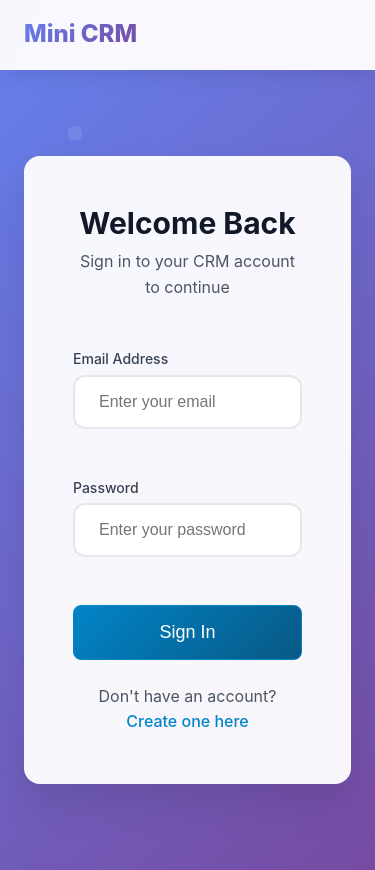
Repository: KarthikMallareddy/Mini-CRM
Page: / (app in frontend/)
The author's editor kept a copy of each file at every save. The page is drawn from the files as they stood at one save, then again after the next save.
The browser window is 375 px wide. The pictures show the whole page.
Backgrounds fixed to the window are drawn as part of the page. The project was rebuilt for these pictures with package versions that can differ from the ones it lists, and the page was loaded fresh each time. Also part of the build but not shown: frontend/src/components/CustomerList.js, frontend/src/components/LeadList.js, frontend/src/components/CustomerDetail.js, frontend/src/components/LeadForm.js, frontend/src/pages/Register.js, frontend/src/pages/Dashboard.js, frontend/src/pages/Reports.js.

Above is the page before, as saved 2025-09-14 15:36:55.

### frontend/public/index.html
<!DOCTYPE html>
<html lang="en">
  <head>
    <meta charset="utf-8" />
    <meta name="viewport" content="width=device-width, initial-scale=1" />
    <meta name="theme-color" content="#000000" />
    <meta
      name="description"
      content="Mini CRM application"
    />
  <link rel="icon" href="data:[embedded picture, 291 characters]" />
    <title>Mini CRM</title>
  </head>
  <body>
    <noscript>You need to enable JavaScript to run this app.</noscript>
    <div id="root"></div>
  </body>
</html>

### frontend/src/styles/global.css
/* Design System Variables */
:root {
  /* Primary Colors */
  --primary-50: #f0f9ff;
  --primary-100: #e0f2fe;
  --primary-200: #bae6fd;
  --primary-300: #7dd3fc;
  --primary-400: #38bdf8;
  --primary-500: #0ea5e9;
  --primary-600: #0284c7;
  --primary-700: #0369a1;
  --primary-800: #075985;
  --primary-900: #0c4a6e;

  /* Enhanced Gradients */
  --gradient-aurora: linear-gradient(135deg, #667eea 0%, #764ba2 50%, #f093fb 100%);
  --gradient-ocean: linear-gradient(135deg, #667eea 0%, #764ba2 100%);
  --gradient-sunset: linear-gradient(135deg, #ff9a9e 0%, #fecfef 50%, #fecfef 100%);
  --gradient-emerald: linear-gradient(135deg, #d299c2 0%, #fef9d7 100%);

  /* Neutral Colors */
  --gray-50: #f9fafb;
  --gray-100: #f3f4f6;
  --gray-200: #e5e7eb;
  --gray-300: #d1d5db;
  --gray-400: #9ca3af;
  --gray-500: #6b7280;
  --gray-600: #4b5563;
  --gray-700: #374151;
  --gray-800: #1f2937;
  --gray-900: #111827;

  /* Status Colors */
  --success-500: #10b981;
  --warning-500: #f59e0b;
  --error-500: #ef4444;
  --info-500: #3b82f6;

  /* Gradients */
  --gradient-primary: linear-gradient(135deg, var(--primary-600) 0%, var(--primary-800) 100%);
  --gradient-secondary: linear-gradient(135deg, #667eea 0%, #764ba2 100%);
  --gradient-success: linear-gradient(135deg, #84fab0 0%, #8fd3f4 100%);

  /* Shadows */
  --shadow-sm: 0 1px 2px 0 rgba(0, 0, 0, 0.05);
  --shadow-md: 0 4px 6px -1px rgba(0, 0, 0, 0.1), 0 2px 4px -1px rgba(0, 0, 0, 0.06);
  --shadow-lg: 0 10px 15px -3px rgba(0, 0, 0, 0.1), 0 4px 6px -2px rgba(0, 0, 0, 0.05);
  --shadow-xl: 0 20px 25px -5px rgba(0, 0, 0, 0.1), 0 10px 10px -5px rgba(0, 0, 0, 0.04);

  /* Borders */
  --border-radius-sm: 0.375rem;
  --border-radius-md: 0.5rem;
  --border-radius-lg: 0.75rem;
  --border-radius-xl: 1rem;

  /* Spacing */
  --spacing-xs: 0.25rem;
  --spacing-sm: 0.5rem;
  --spacing-md: 1rem;
  --spacing-lg: 1.5rem;
  --spacing-xl: 2rem;
  --spacing-2xl: 3rem;

  /* Typography */
  --font-size-xs: 0.75rem;
  --font-size-sm: 0.875rem;
  --font-size-md: 1rem;
  --font-size-lg: 1.125rem;
  --font-size-xl: 1.25rem;
  --font-size-2xl: 1.5rem;
  --font-size-3xl: 1.875rem;
  --font-size-4xl: 2.25rem;
}

/* Reset and Base Styles */
* {
  margin: 0;
  padding: 0;
  box-sizing: border-box;
}

@import url('https://fonts.googleapis.com/css2?family=Inter:wght@300;400;500;600;700;800&display=swap');

body {
  font-family: 'Inter', -apple-system, BlinkMacSystemFont, 'Segoe UI', 'Roboto', 'Oxygen',
    'Ubuntu', 'Cantarell', 'Fira Sans', 'Droid Sans', 'Helvetica Neue', sans-serif;
  -webkit-font-smoothing: antialiased;
  -moz-osx-font-smoothing: grayscale;
  background: linear-gradient(135deg, #667eea 0%, #764ba2 100%);
  background-attachment: fixed;
  color: var(--gray-900);
  line-height: 1.6;
  min-height: 100vh;
  position: relative;
}

body::before {
  content: '';
  position: fixed;
  top: 0;
  left: 0;
  width: 100%;
  height: 100%;
  background:
    radial-gradient(circle at 20% 50%, rgba(120, 119, 198, 0.3) 0%, transparent 50%),
    radial-gradient(circle at 80% 20%, rgba(255, 119, 198, 0.3) 0%, transparent 50%),
    radial-gradient(circle at 40% 80%, rgba(120, 200, 255, 0.3) 0%, transparent 50%);
  pointer-events: none;
  z-index: -1;
}

/* Typography */
h1, h2, h3, h4, h5, h6 {
  font-weight: 700;
  line-height: 1.2;
  margin-bottom: var(--spacing-md);
}

h1 { font-size: var(--font-size-4xl); }
h2 { font-size: var(--font-size-3xl); }
h3 { font-size: var(--font-size-2xl); }
h4 { font-size: var(--font-size-xl); }
h5 { font-size: var(--font-size-lg); }
h6 { font-size: var(--font-size-md); }

p {
  margin-bottom: var(--spacing-md);
  color: var(--gray-600);
}

/* Button System */
.btn {
  display: inline-flex;
  align-items: center;
  justify-content: center;
  padding: var(--spacing-sm) var(--spacing-lg);
  border: none;
  border-radius: var(--border-radius-md);
  font-size: var(--font-size-sm);
  font-weight: 500;
  text-decoration: none;
  cursor: pointer;
  transition: all 0.2s ease;
  outline: none;
  min-height: 44px;
}

.btn:focus {
  box-shadow: 0 0 0 3px rgba(59, 130, 246, 0.1);
}

.btn-primary {
  background: var(--gradient-primary);
  color: white;
  border: 1px solid var(--primary-600);
  position: relative;
  overflow: hidden;
}

.btn-primary::before {
  content: '';
  position: absolute;
  top: 0;
  left: -100%;
  width: 100%;
  height: 100%;
  background: linear-gradient(90deg, transparent, rgba(255, 255, 255, 0.3), transparent);
  transition: left 0.6s;
}

.btn-primary:hover::before {
  left: 100%;
}

.btn-primary:hover {
  transform: translateY(-2px);
  box-shadow: 0 10px 25px rgba(14, 165, 233, 0.4);
}

.btn-secondary {
  background: white;
  color: var(--gray-700);
  border: 1px solid var(--gray-300);
}

.btn-secondary:hover {
  background: var(--gray-50);
  border-color: var(--gray-400);
}

.btn-success {
  background: var(--success-500);
  color: white;
  border: 1px solid var(--success-500);
}

.btn-success:hover {
  background: #059669;
  transform: translateY(-1px);
}

.btn-danger {
  background: var(--error-500);
  color: white;
  border: 1px solid var(--error-500);
}

.btn-danger:hover {
  background: #dc2626;
  transform: translateY(-1px);
}

.btn-sm {
  padding: var(--spacing-xs) var(--spacing-sm);
  font-size: var(--font-size-xs);
  min-height: 32px;
}

.btn-lg {
  padding: var(--spacing-md) var(--spacing-xl);
  font-size: var(--font-size-lg);
  min-height: 52px;
}

/* Form System */
.form-group {
  margin-bottom: var(--spacing-lg);
}

.form-label {
  display: block;
  font-size: var(--font-size-sm);
  font-weight: 500;
  color: var(--gray-700);
  margin-bottom: var(--spacing-xs);
}

.form-input, .form-select, .form-textarea {
  width: 100%;
  padding: var(--spacing-md) var(--spacing-lg);
  border: 2px solid var(--gray-200);
  border-radius: var(--border-radius-lg);
  font-size: var(--font-size-md);
  background: rgba(255, 255, 255, 0.9);
  backdrop-filter: blur(10px);
  transition: all 0.3s ease;
  color: var(--gray-900);
  outline: none;
  min-height: 48px;
}

.form-input:focus, .form-select:focus, .form-textarea:focus {
  border-color: var(--primary-500);
  box-shadow: 0 0 0 4px rgba(59, 130, 246, 0.15);
  background: rgba(255, 255, 255, 0.95);
  transform: translateY(-1px);
}

.form-textarea {
  resize: vertical;
  min-height: 100px;
}

/* Card System */
.card {
  background: rgba(255, 255, 255, 0.9);
  backdrop-filter: blur(20px);
  border: 1px solid rgba(255, 255, 255, 0.2);
  border-radius: var(--border-radius-xl);
  box-shadow: 0 10px 30px rgba(0, 0, 0, 0.1);
  overflow: hidden;
  transition: all 0.3s ease;
}

.card:hover {
  box-shadow: 0 20px 40px rgba(0, 0, 0, 0.15);
  transform: translateY(-2px);
}

.card-header {
  padding: var(--spacing-xl);
  border-bottom: 1px solid rgba(255, 255, 255, 0.2);
  background: rgba(248, 250, 252, 0.5);
}

.card-body {
  padding: var(--spacing-xl);
}

.card-footer {
  padding: var(--spacing-xl);
  border-top: 1px solid rgba(255, 255, 255, 0.2);
  background: rgba(248, 250, 252, 0.5);
}

/* Grid System */
.grid {
  display: grid;
  gap: var(--spacing-lg);
}

.grid-cols-1 { grid-template-columns: repeat(1, 1fr); }
.grid-cols-2 { grid-template-columns: repeat(2, 1fr); }
.grid-cols-3 { grid-template-columns: repeat(3, 1fr); }
.grid-cols-4 { grid-template-columns: repeat(4, 1fr); }

/* Flexbox Utilities */
.flex { display: flex; }
.flex-col { flex-direction: column; }
.items-center { align-items: center; }
.justify-center { justify-content: center; }
.justify-between { justify-content: space-between; }
.gap-sm { gap: var(--spacing-sm); }
.gap-md { gap: var(--spacing-md); }
.gap-lg { gap: var(--spacing-lg); }

/* Advanced Table System */
.table-modern {
  width: 100%;
  border-collapse: separate;
  border-spacing: 0;
  background: rgba(255, 255, 255, 0.95);
  border-radius: var(--border-radius-lg);
  overflow: hidden;
  box-shadow: 0 10px 30px rgba(0, 0, 0, 0.1);
  backdrop-filter: blur(10px);
}

.table-modern thead th {
  background: linear-gradient(135deg, var(--primary-600), var(--primary-700));
  color: white;
  padding: var(--spacing-md) var(--spacing-lg);
  text-align: left;
  font-weight: 600;
  font-size: var(--font-size-sm);
  text-transform: uppercase;
  letter-spacing: 0.05em;
  position: relative;
}

.table-modern thead th::after {
  content: '';
  position: absolute;
  bottom: 0;
  left: 0;
  right: 0;
  height: 2px;
  background: var(--gradient-aurora);
}

.table-modern tbody tr {
  transition: all 0.3s ease;
  border-bottom: 1px solid rgba(0, 0, 0, 0.05);
}

.table-modern tbody tr:hover {
  background: rgba(102, 126, 234, 0.05);
  transform: scale(1.01);
}

.table-modern tbody td {
  padding: var(--spacing-md) var(--spacing-lg);
  vertical-align: middle;
  position: relative;
}

.table-modern tbody tr:last-child td {
  border-bottom: none;
}

.table-modern .text-right {
  text-align: right;
  font-weight: 500;
  font-family: 'SF Mono', Monaco, monospace;
}

/* Enhanced Badge System */
.badge {
  display: inline-flex;
  align-items: center;
  padding: var(--spacing-xs) var(--spacing-sm);
  border-radius: var(--border-radius-full);
  font-size: var(--font-size-xs);
  font-weight: 600;
  text-transform: uppercase;
  letter-spacing: 0.05em;
  position: relative;
  overflow: hidden;
  box-shadow: 0 4px 12px rgba(0, 0, 0, 0.15);
}

.badge::before {
  content: '';
  position: absolute;
  top: 0;
  left: 0;
  right: 0;
  bottom: 0;
  background: linear-gradient(45deg, transparent 30%, rgba(255, 255, 255, 0.3) 50%, transparent 70%);
  transform: translateX(-100%);
  transition: transform 0.6s ease;
}

.badge:hover::before {
  transform: translateX(100%);
}

.badge-new { background: var(--info-500); color: white; }
.badge-contacted { background: var(--warning-500); color: white; }
.badge-converted { background: var(--success-500); color: white; }
.badge-lost { background: var(--error-500); color: white; }

/* Loading States */
.loading {
  display: flex;
  align-items: center;
  justify-content: center;
  padding: var(--spacing-2xl);
  color: var(--gray-500);
}

.spinner {
  width: 20px;
  height: 20px;
  border: 3px solid rgba(255, 255, 255, 0.3);
  border-top: 3px solid currentColor;
  border-radius: 50%;
  animation: spin 1s linear infinite;
  margin-right: var(--spacing-sm);
}

.loading {
  display: flex;
  flex-direction: column;
  align-items: center;
  justify-content: center;
  padding: var(--spacing-2xl);
  color: var(--gray-600);
  gap: var(--spacing-md);
}

.loading .spinner {
  width: 40px;
  height: 40px;
  border-width: 4px;
  margin: 0;
  color: var(--primary-500);
}

@keyframes spin {
  0% { transform: rotate(0deg); }
  100% { transform: rotate(360deg); }
}

/* Animations */
@keyframes fadeIn {
  from { opacity: 0; transform: translateY(20px); }
  to { opacity: 1; transform: translateY(0); }
}

@keyframes slideIn {
  from { transform: translateX(-100%); }
  to { transform: translateX(0); }
}

@keyframes pulse {
  0%, 100% { transform: scale(1); }
  50% { transform: scale(1.05); }
}

@keyframes glow {
  0%, 100% { box-shadow: 0 0 20px rgba(102, 126, 234, 0.3); }
  50% { box-shadow: 0 0 30px rgba(102, 126, 234, 0.6); }
}

@keyframes slideInLeft {
  from { opacity: 0; transform: translateX(-30px); }
  to { opacity: 1; transform: translateX(0); }
}

@keyframes slideInRight {
  from { opacity: 0; transform: translateX(30px); }
  to { opacity: 1; transform: translateX(0); }
}

@keyframes scaleIn {
  from { opacity: 0; transform: scale(0.9); }
  to { opacity: 1; transform: scale(1); }
}

@keyframes shimmer {
  0% { background-position: -200% 0; }
  100% { background-position: 200% 0; }
}

@keyframes bounce {
  0%, 20%, 50%, 80%, 100% { transform: translateY(0); }
  40% { transform: translateY(-10px); }
  60% { transform: translateY(-5px); }
}

@keyframes float {
  0%, 100% { transform: translateY(0px); }
  50% { transform: translateY(-10px); }
}

/* Animation Classes */
.fade-in {
  animation: fadeIn 0.6s ease-out;
}

.slide-in {
  animation: slideIn 0.4s ease-out;
}

.slide-in-left {
  animation: slideInLeft 0.5s ease-out;
}

.slide-in-right {
  animation: slideInRight 0.5s ease-out;
}

.scale-in {
  animation: scaleIn 0.4s ease-out;
}

.pulse {
  animation: pulse 2s ease-in-out infinite;
}

.bounce-in {
  animation: bounce 0.6s ease-out;
}

.float {
  animation: float 3s ease-in-out infinite;
}

.glow-effect {
  animation: glow 2s infinite;
}

.shimmer {
  background: linear-gradient(90deg, #f0f0f0 25%, #e0e0e0 50%, #f0f0f0 75%);
  background-size: 200% 100%;
  animation: shimmer 1.5s infinite;
}

/* Advanced Interaction Effects */
.interactive {
  cursor: pointer;
  transition: all 0.3s cubic-bezier(0.4, 0, 0.2, 1);
}

.interactive:hover {
  transform: translateY(-2px);
  box-shadow: 0 10px 25px rgba(0, 0, 0, 0.15);
}

.interactive:active {
  transform: scale(0.98);
}

/* Micro-interactions */
.hover-lift:hover {
  transform: translateY(-3px);
  box-shadow: 0 15px 35px rgba(0, 0, 0, 0.15);
}

.hover-scale:hover {
  transform: scale(1.05);
}

.hover-rotate:hover {
  transform: rotate(5deg);
}

.hover-brightness:hover {
  filter: brightness(1.1);
}

/* Page transitions */
.page-content {
  animation: fadeIn 0.5s ease-out;
}

.stagger-children > * {
  animation: slideInLeft 0.6s ease-out;
}

.stagger-children > *:nth-child(2) {
  animation-delay: 0.1s;
}

.stagger-children > *:nth-child(3) {
  animation-delay: 0.2s;
}

.stagger-children > *:nth-child(4) {
  animation-delay: 0.3s;
}

.stagger-children > *:nth-child(5) {
  animation-delay: 0.4s;
}

/* Smooth scrolling */
html {
  scroll-behavior: smooth;
}

/* Container */
.container {
  max-width: 1200px;
  margin: 0 auto;
  padding: 0 var(--spacing-lg);
}

/* Error and Success Messages */
.alert {
  padding: var(--spacing-md);
  border-radius: var(--border-radius-md);
  margin-bottom: var(--spacing-lg);
  border: 1px solid;
}

.alert-success {
  background: #f0fdf4;
  border-color: var(--success-500);
  color: #166534;
}

.alert-error {
  background: #fef2f2;
  border-color: var(--error-500);
  color: #991b1b;
}

.alert-info {
  background: #eff6ff;
  border-color: var(--info-500);
  color: #1e40af;
}

/* Responsive Design */
@media (max-width: 768px) {
  .grid-cols-2 { grid-template-columns: 1fr; }
  .grid-cols-3 { grid-template-columns: 1fr; }
  .grid-cols-4 { grid-template-columns: repeat(2, 1fr); }

  .btn {
    width: 100%;
    justify-content: center;
  }

  .flex {
    flex-direction: column;
  }

  .justify-between {
    align-items: stretch;
    gap: var(--spacing-sm);
  }
}

@media (max-width: 480px) {
  .grid-cols-4 { grid-template-columns: 1fr; }
}

/* Floating Action Button */
.fab {
  position: fixed;
  bottom: 2rem;
  right: 2rem;
  width: 60px;
  height: 60px;
  border-radius: 50%;
  background: var(--gradient-aurora);
  border: none;
  box-shadow: 0 10px 30px rgba(102, 126, 234, 0.4);
  cursor: pointer;
  display: flex;
  align-items: center;
  justify-content: center;
  font-size: 1.5rem;
  color: white;
  transition: all 0.3s ease;
  z-index: 1000;
}

.fab:hover {
  transform: translateY(-5px);
  box-shadow: 0 20px 40px rgba(102, 126, 234, 0.6);
}

/* Status Badges */
.badge {
  display: inline-flex;
  align-items: center;
  padding: 0.25rem 0.75rem;
  border-radius: 9999px;
  font-size: 0.75rem;
  font-weight: 600;
  text-transform: capitalize;
}

.badge-new {
  background: rgba(59, 130, 246, 0.1);
  color: #1e40af;
  border: 1px solid rgba(59, 130, 246, 0.2);
}

.badge-contacted {
  background: rgba(245, 158, 11, 0.1);
  color: #92400e;
  border: 1px solid rgba(245, 158, 11, 0.2);
}

.badge-converted {
  background: rgba(16, 185, 129, 0.1);
  color: #047857;
  border: 1px solid rgba(16, 185, 129, 0.2);
}

.badge-lost {
  background: rgba(239, 68, 68, 0.1);
  color: #991b1b;
  border: 1px solid rgba(239, 68, 68, 0.2);
}

/* Utility Classes */
.text-center { text-align: center; }
.text-right { text-align: right; }
.text-primary { color: var(--primary-600); }
.text-success { color: var(--success-500); }
.text-warning { color: var(--warning-500); }
.text-error { color: var(--error-500); }
.text-muted { color: var(--gray-500); }

.bg-primary { background: var(--primary-500); }
.bg-success { background: var(--success-500); }
.bg-warning { background: var(--warning-500); }
.bg-error { background: var(--error-500); }

.w-full { width: 100%; }
.h-full { height: 100%; }
.min-h-screen { min-height: 100vh; }

.cursor-pointer { cursor: pointer; }
.select-none { user-select: none; }

Loaded but not shown: frontend/src/reportWebVitals.js (common file); frontend/src/pages/Login.js (105 lines, source omitted); frontend/src/components/Navbar.js (49 lines, source omitted); frontend/src/App.js (37 lines, source omitted); frontend/src/context/AuthContext.js (48 lines, source omitted); frontend/src/index.js (18 lines, source omitted); frontend/src/components/index.js (6 lines, source omitted); frontend/src/styles/components.css (735 lines, source omitted)

After the next save:
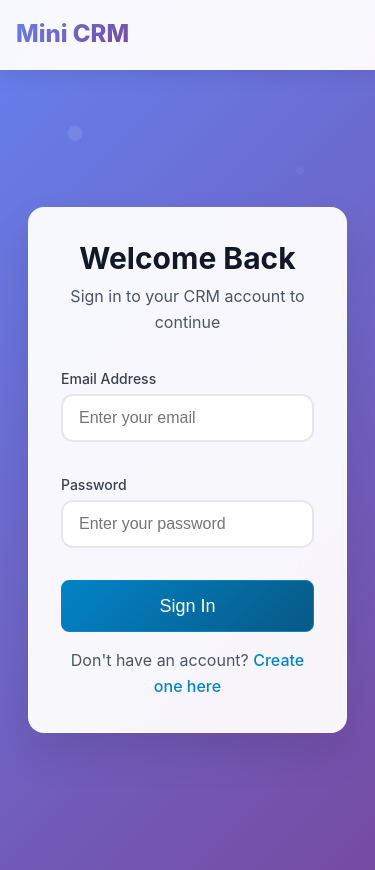
Saved 16 s later.
--- a/frontend/src/styles/global.css
+++ b/frontend/src/styles/global.css
@@ -643,15 +643,53 @@ html {
   color: #1e40af;
 }
 
-/* Responsive Design */
+/* Enhanced Responsive Design */
+@media (max-width: 1024px) {
+  .dashboard-content {
+    grid-template-columns: 1fr;
+    gap: var(--spacing-lg);
+  }
+
+  .stats-grid {
+    grid-template-columns: repeat(2, 1fr);
+  }
+}
+
 @media (max-width: 768px) {
+  :root {
+    --spacing-xs: 0.25rem;
+    --spacing-sm: 0.5rem;
+    --spacing-md: 0.75rem;
+    --spacing-lg: 1rem;
+    --spacing-xl: 1.5rem;
+    --spacing-2xl: 2rem;
+    --font-size-xs: 0.75rem;
+    --font-size-sm: 0.875rem;
+    --font-size-md: 1rem;
+    --font-size-lg: 1.125rem;
+    --font-size-xl: 1.25rem;
+    --font-size-2xl: 1.5rem;
+    --font-size-3xl: 1.875rem;
+    --font-size-4xl: 2.25rem;
+  }
+
   .grid-cols-2 { grid-template-columns: 1fr; }
   .grid-cols-3 { grid-template-columns: 1fr; }
   .grid-cols-4 { grid-template-columns: repeat(2, 1fr); }
 
+  .stats-grid {
+    grid-template-columns: 1fr;
+  }
+
+  .customers-grid {
+    grid-template-columns: 1fr;
+    padding: var(--spacing-lg);
+  }
+
   .btn {
     width: 100%;
     justify-content: center;
+    padding: var(--spacing-md) var(--spacing-lg);
   }
 
   .flex {
@@ -662,10 +700,37 @@ html {
     align-items: stretch;
     gap: var(--spacing-sm);
   }
+
+  .dashboard-title {
+    font-size: var(--font-size-3xl);
+  }
+
+  .table-modern {
+    font-size: var(--font-size-sm);
+  }
+
+  .table-modern thead th,
+  .table-modern tbody td {
+    padding: var(--spacing-sm);
+  }
 }
 
 @media (max-width: 480px) {
   .grid-cols-4 { grid-template-columns: 1fr; }
+
+  .customer-card,
+  .lead-card {
+    padding: var(--spacing-md);
+  }
+
+  .navbar {
+    padding: var(--spacing-sm) var(--spacing-md);
+  }
+
+  .auth-container {
+    padding: var(--spacing-lg);
+    margin: var(--spacing-md);
+  }
 }
 
 /* Floating Action Button */
